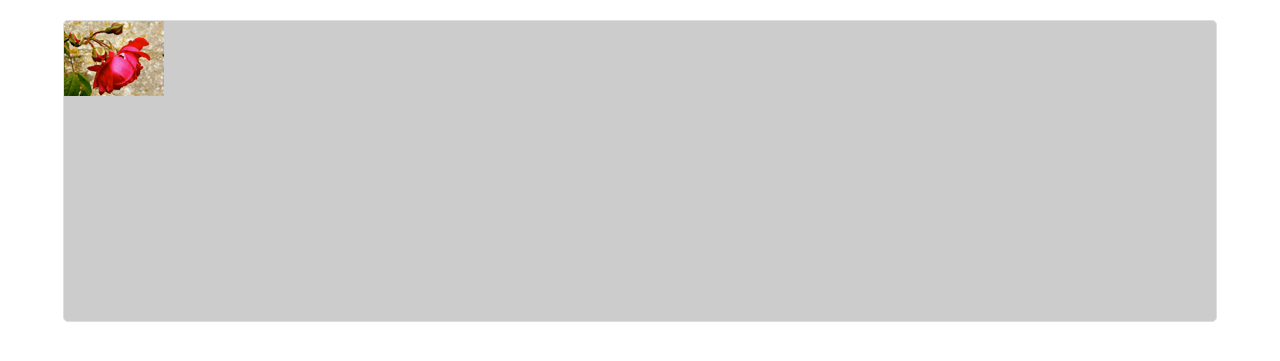
Repository: wangxinjun08231116/Html5Views
Page: WangXinJun/WebContent/htmls/QCF/shouye.html
An editor plug-in stored every save of this project. The page is shown before and after the next save, followed by the edit.
The browser window is 1280 px wide. The pictures show the whole page.

Above is the page before, as saved 2015-01-20 14:26:14.

After the next save:
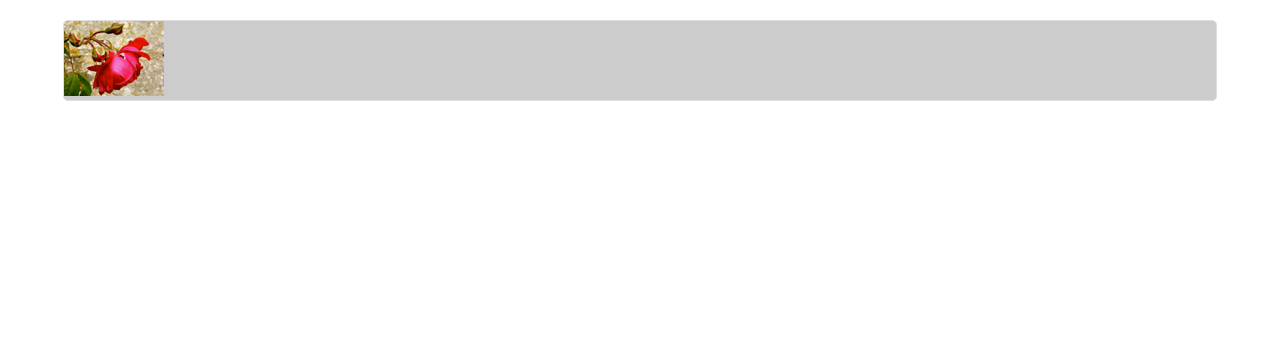
Saved 20 s later.
--- a/WangXinJun/WebContent/css/QCF/shouye.css
+++ b/WangXinJun/WebContent/css/QCF/shouye.css
@@ -15,7 +15,7 @@ body {
 .info-area {
     margin: 20px auto;
     width: 90%;
-    height: 300px;
+    height: 90%;
     background-color: #ccc;
 }
 .text-box {
